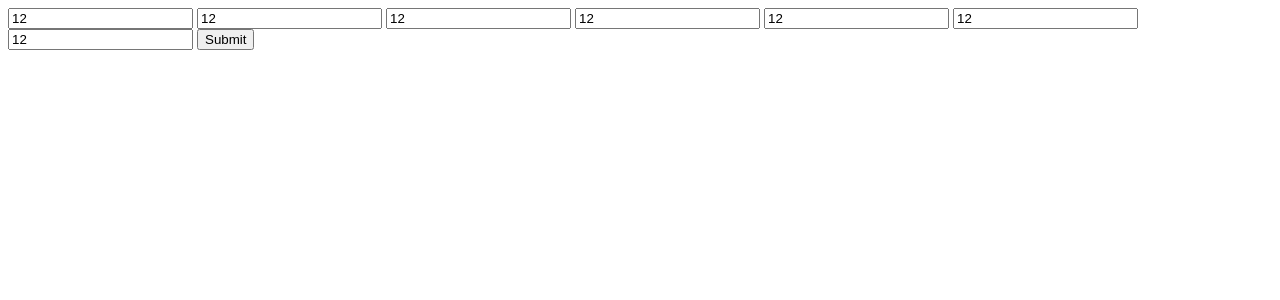
Repository: JakeLu91/Tutorial
Page: Tutorial/RestTutorial/WebContent/post.html
The author's editor kept a copy of each file at every save. The page is drawn from the files as they stood at one save, then again after the next save.
The browser window is 1280 px wide. The pictures show the whole page.

Above is the page before, as saved 2015-12-25 11:02:36.
Console error: TypeError: Cannot set properties of null (setting 'innerHTML')

### Tutorial/RestTutorial/WebContent/post.html
<!DOCTYPE html>
<html>
<head>
<meta charset="UTF-8">
<title>Insert title here</title>

<script>
document.getElementById("date").innerHTML = Date();
</script>
</head>
<body>
<form enctype='application/json' action="/RestTutorial/api/v2/members" method="POST">
  <input name='id' value="12">
  <input name='fname' value="12">
  <input name='lname' value="12">
  <input name='email' value="12">
  <input name='uname' value="12">
  <input name='pass' value="12">
  <input name='date' value="12">
  <input type="submit">
</form>


</body>
</html>

After the next save:
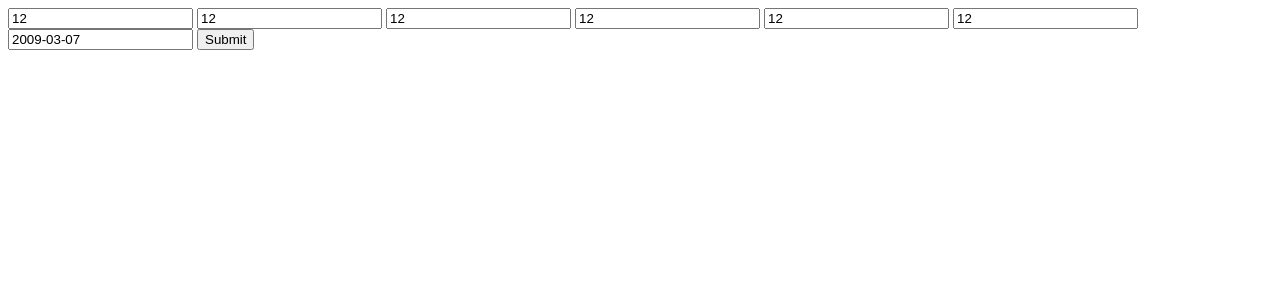
Saved 5 min 58 s later.
--- a/Tutorial/RestTutorial/WebContent/post.html
+++ b/Tutorial/RestTutorial/WebContent/post.html
@@ -9,14 +9,14 @@ document.getElementById("date").innerHTML = Date();
 </script>
 </head>
 <body>
-<form enctype='application/json' action="/RestTutorial/api/v2/members" method="POST">
+<form enctype='application/json' action="/RestTutorial" method="POST">
   <input name='id' value="12">
   <input name='fname' value="12">
   <input name='lname' value="12">
   <input name='email' value="12">
   <input name='uname' value="12">
   <input name='pass' value="12">
-  <input name='date' value="12">
+  <input name='date' value="2009-03-07">
   <input type="submit">
 </form>
 
